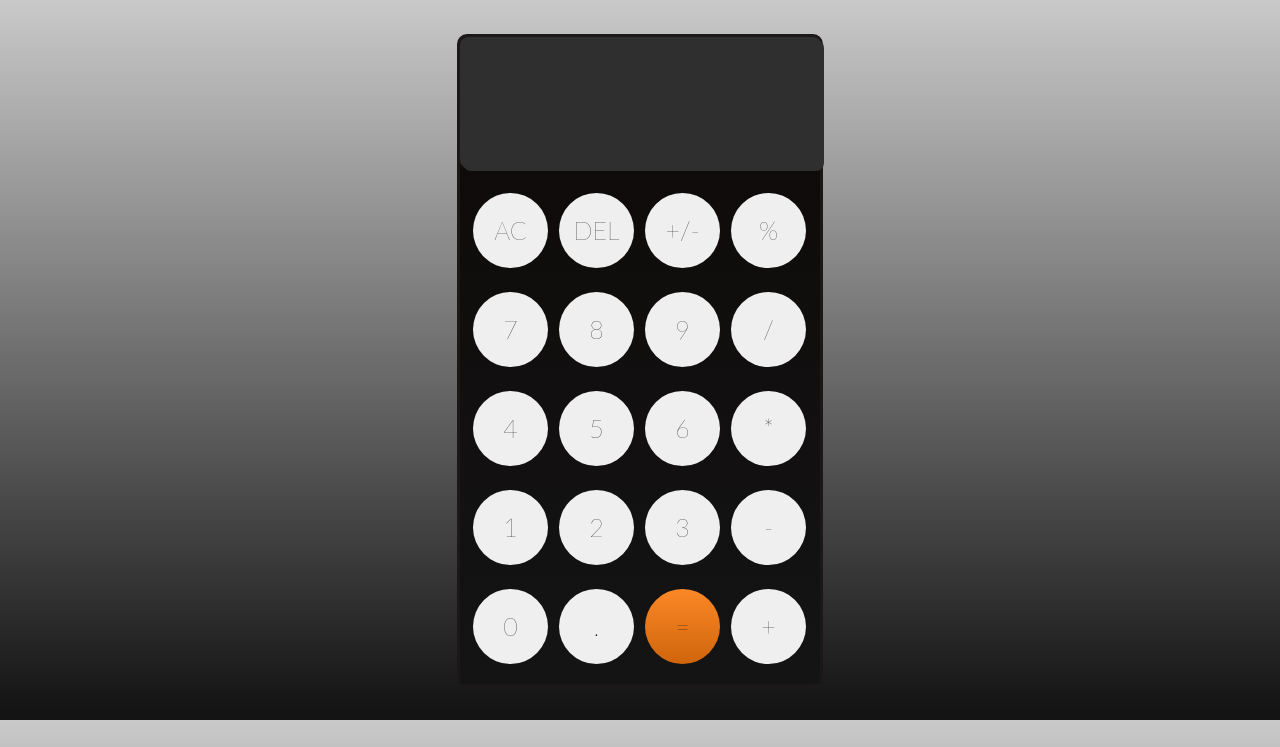
Repository: MhlengiNgubane/BrainnestJsTwo
Page: index.html
An editor plug-in stored every save of this project. The page is shown before and after a run of saves, followed by the edit.
The browser window is 1280 px wide. The pictures show the whole page.

Above is the page before, as saved 2022-09-12 09:30:52.

### index.html
<!DOCTYPE html>
<html lang="en">
<head>
    <meta charset="UTF-8">
    <meta http-equiv="X-UA-Compatible" content="IE=edge">
    <meta name="viewport" content="width=device-width, initial-scale=1.0">
    <title>CALCULATOR</title>

    <link rel="stylesheet" href="style.css">
</head>
    <body>
        <div class="wrapper">
            <div class="container">
                <div class="display">
                    <input type="text" class="input" value="" disabled />
                </div>
                <div class="buttons">
                    <button value="AC" class="brown clear">AC</button>
                    <button value="DEL" class="brown delete">DEL</button>
                    <button value="+/-" class="brown plusMinus">+/-</button>
                    <button value="%" class="brown percent">%</button>

                    <button value="7" class="number">7</button>
                    <button value="8" class="number">8</button>
                    <button value="9" class="number">9</button>
                    <button value="/" class="brown operator">/</button>

                    <button value="4" class="number">4</button>
                    <button value="5" class="number">5</button>
                    <button value="6" class="number">6</button>
                    <button value="*" class="brown operator">*</button>

                    <button value="1" class="number">1</button>
                    <button value="2" class="number">2</button>
                    <button value="3" class="number">3</button>
                    <button value="-" class="brown operator">-</button>

                    <button value="0" class="zero number">0</button>
                    <button value="." class="decimal">.</button>
                    <button value="=" class="equal operator">=</button>
                    <button value="+" class="brown operator">+</button>
                </div>
            </div>
        </div>
        <script src="App.js"></script>
    </body>
</html>

### style.css
* {
    border: 0;
    margin: 0;
    padding: 0;
    font-family: 'lato';
    font-weight: 100;
}

body{
    font-family: 'Roboto';
    font-weight: 400;
    background: linear-gradient(360deg, #141414 1.56%, rgba(0, 0, 0, 0.21) 100%);
    width: 100%;
    height: 100vh;
    display: flex;
    flex-direction: column;
    align-items: center;
    justify-content: center;
}



.container{
    align-items: center;
    margin: auto;
    margin-top: 60px;
    width: 360px;
    border: 20px;
    border: 3px solid #1d1818;
    background-color: #130e0e;
    border-radius: 10px;
    margin-bottom: 60px;
}

.display {
    position: relative;
    width: 355px;
    height: 125px;
    border: 3px solid #2f2f2f;
    text-align: right;
    border-radius: 8px;
    background-color: #2f2f2f;
    color: #fff;
}

.input {
    position: relative;
    width: 355px;
    height: 125px;
    border: 3px solid #2f2f2f;
    text-align: right;
    border-radius: 8px;
    background-color: #2f2f2f;
    color: #fff;
}

.buttons{
    display: grid;
    grid-template-columns: repeat(4, 1fr);
    row-gap: 10px;
    column-gap: 10px;
    background: linear-gradient(360deg, #141414 1.56%, rgba(0, 0, 0, 0.21) 100%);
    padding: 18px 13px 13px 13px;
}

button{
    border: 1;
    outline: none;
    height: 75px;
    width: 75px;
    border-radius: 70px;
    text-align: center;
    margin-top: 7px;
    margin-bottom: 7px;
    font-size: 25px;
}

.grey{
    background: linear-gradient(180deg, #7F878C 0%, #4C5154 100%);
}


.equal{
    background: linear-gradient(180deg, #FC8827 0%, #CF650C 100%);
}

@media(max-width: 430px){
    .wrapper{
        width: 100%;
        height: 100%;
        border-radius: 0;
    }

    .buttons{
        row-gap: 5px;
        column-gap: 5px;
        background: linear-gradient(360deg, #141414 1.56%, rgba(0, 0, 0, 0.21) 100%);
        padding: 18px 13px 13px 13px;
    }


}

### App.js
/* Add two numbers */
function add(firstNumber, secondNumber){
  return firstNumber + secondNumber;
}
/* subtract two numbers */
function subtract(firstNumber, secondNumber){
  return firstNumber - secondNumber;
}
/* multiply two numbers */
function multiply(firstNumber, secondNumber){
  return firstNumber * secondNumber;
}
/* divide two numbers */
function divide(firstNumber, secondNumber){
  return firstNumber / secondNumber;
}
/* Make the operations */
function operate(operator, firstNumber, secondNumber){
  if(operator === '+'){
      return add(firstNumber, secondNumber);
  }
  else if(operator === '-'){
      return subtract(firstNumber, secondNumber);
  }
  else if(operator === '*'){
      return multiply(firstNumber, secondNumber);
  }
  else if(operator === '/'){
      return divide(firstNumber, secondNumber);
  }
  return secondNumber;
}

const display = document.querySelector('.display');

const calculator = {
  displayValue: '0',
  firstNumber: null,
  operator: null,
  secondNumber: false,
};

function clear() {
  calculator.displayValue = '0';
  calculator.firstNumber = null;
  calculator.operator = null;
  calculator.secondNumber = false;
}

function updateDisplay() {
  display.value = calculator.displayValue;
}

const buttons = document.querySelector('.buttons');
buttons.addEventListener('click', (e) => {
const target = e.target;

  if (!target.matches('button')) {
      return;
  }

  if (target.classList.contains('clear')) {
      clear();
      updateDisplay();
      return;
  }

  if (target.classList.contains('delete')) {
      undo();
      return;
  }

  if (target.classList.contains('plusMinus')) {
      plusMinus();
      return;
  }

  if (target.classList.contains('percent')) {
      percentage();
      return;
  }

  if (target.classList.contains('decimal')) {
      decimal(target.value);
      updateDisplay();
      return;
  }

  if (target.classList.contains('operator')) {
      calculate(target.value);
      updateDisplay();
      return;
  }

      displayNumber(target.value);
      updateDisplay();
});

function undo(){
  display.value = display.value.slice(0, -1);
  calculator.displayValue = display.value;
}

function plusMinus(){
  let displayPlusMinus = calculator.displayValue;
  if(displayPlusMinus >= 0){
      display.value = '-' + displayPlusMinus;
  }
  calculator.displayValue = display.value;
}

function percentage(){
  let displayPercent = calculator.displayValue;
  if(displayPercent != 0){
      display.value = displayPercent / 100;
  }
 calculator.displayValue = display.value;
}

function decimal(dot) {
  if (calculator.secondNumber === true) {
      calculator.displayValue = '0.'
      calculator.secondNumber = false;
      return
  }
  if (!calculator.displayValue.includes(dot)) {
      calculator.displayValue += dot;
  }
}

function displayNumber(number) {
  let displayValue = calculator.displayValue;
  const secondNumber = calculator.secondNumber;

  if (secondNumber === true) {
      calculator.displayValue = number;
      calculator.secondNumber = false;
  }
  else if(displayValue === '0'){
      calculator.displayValue = number;
  }
  else{
      calculator.displayValue = displayValue + number;
  }
}

function calculate(inputOperator) {
  const firstNumber = calculator.firstNumber;
  const displayValue = calculator.displayValue;
  const operator  = calculator.operator;

  const inputValue = parseFloat(displayValue);

  if (operator && calculator.secondNumber)  {
      calculator.operator = inputOperator;
      return;
    }

  if (firstNumber == null) {
      calculator.firstNumber = inputValue;

  } else if (operator) {
      const result = operate(operator, firstNumber, inputValue);
      calculator.displayValue = `${parseFloat(result.toFixed(6))}`;
      calculator.firstNumber = result;
  }
  calculator.secondNumber = true;
  calculator.operator = inputOperator;
  console.log(calculator);
}

After the next 3 saves:
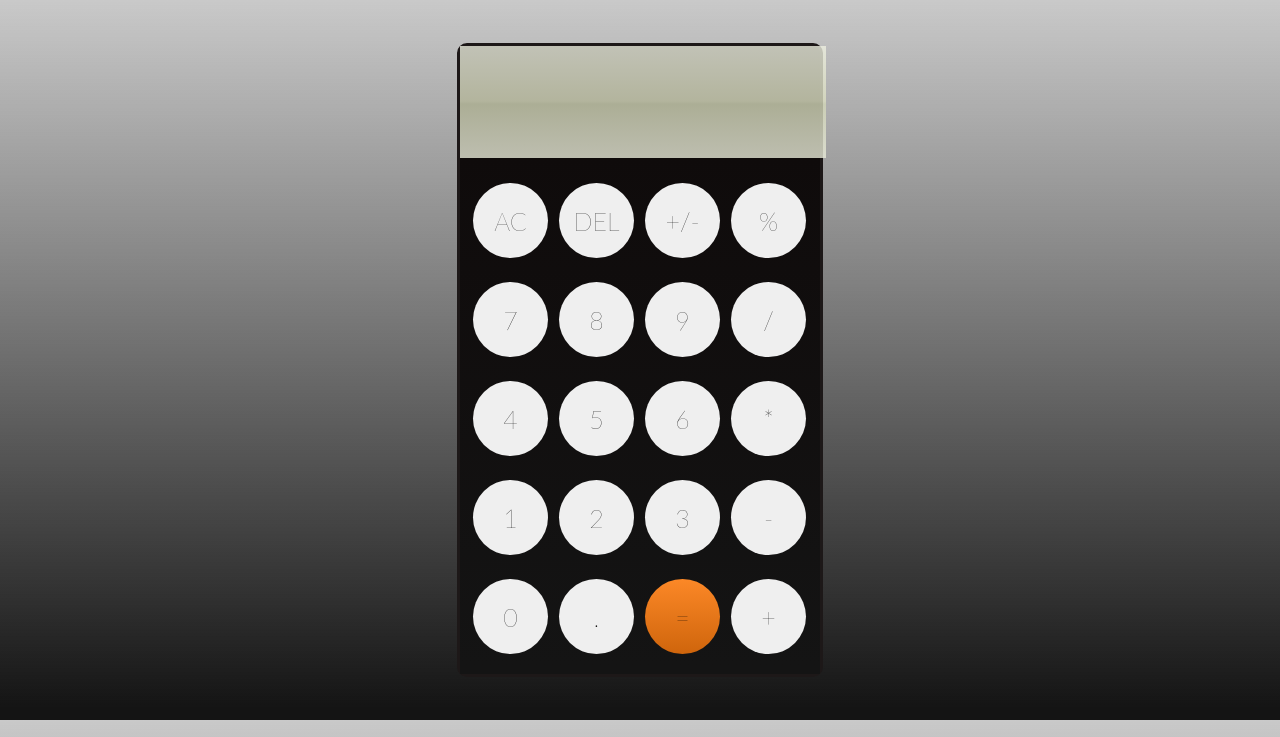
The 3 saves are shown as one change because they came seconds apart.
The last was saved 18 s later.
--- a/style.css
+++ b/style.css
@@ -32,26 +32,21 @@
     margin-bottom: 60px;
 }
 
-.display {
-    position: relative;
-    width: 355px;
-    height: 125px;
-    border: 3px solid #2f2f2f;
-    text-align: right;
-    border-radius: 8px;
-    background-color: #2f2f2f;
-    color: #fff;
-}
-
-.input {
-    position: relative;
-    width: 355px;
-    height: 125px;
-    border: 3px solid #2f2f2f;
-    text-align: right;
-    border-radius: 8px;
-    background-color: #2f2f2f;
-    color: #fff;
+.input{
+    background: linear-gradient(360deg, #E8EAD8 0%, #D2D6B7 48.12%, #DBDEC1 50.76%, #EDEFE0 100%);
+    width: 94%;
+    min-height: 65px;
+    padding: 0 14px;
+    text-align:  end;
+    font-size: 48px;
+    line-height: 112px;
+    display: flex;
+    align-items: center;
+    justify-content: end;
+    color: #000000;
+    opacity: 0.8;
+    outline: none;
+    border: none;
 }
 
 .buttons{

After the 3 saves that followed:
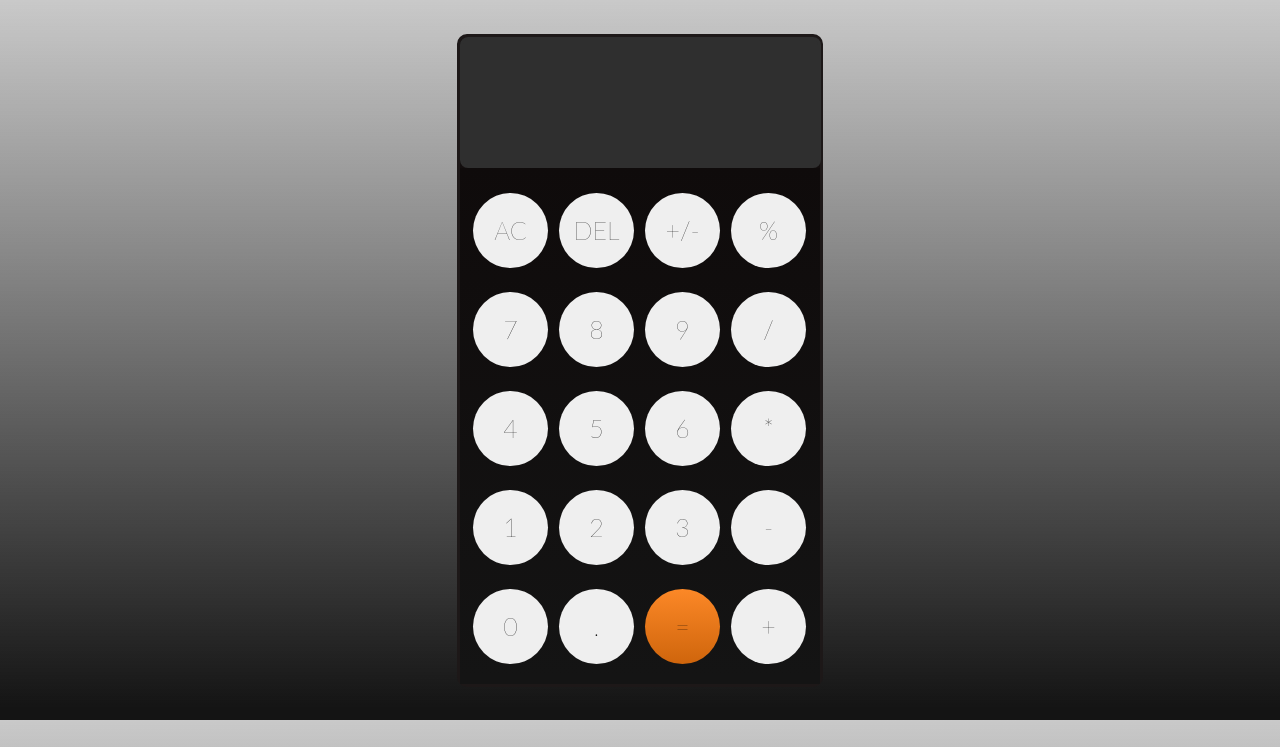
The 3 saves are shown as one change because 2 left the picture as it was.
The last was saved 115 s later.
--- a/index.html
+++ b/index.html
@@ -11,9 +11,7 @@
     <body>
         <div class="wrapper">
             <div class="container">
-                <div class="display">
-                    <input type="text" class="input" value="" disabled />
-                </div>
+                <input type="text" class="input" value="" disabled />
                 <div class="buttons">
                     <button value="AC" class="brown clear">AC</button>
                     <button value="DEL" class="brown delete">DEL</button>
--- a/style.css
+++ b/style.css
@@ -33,20 +33,14 @@
 }
 
 .input{
-    background: linear-gradient(360deg, #E8EAD8 0%, #D2D6B7 48.12%, #DBDEC1 50.76%, #EDEFE0 100%);
-    width: 94%;
-    min-height: 65px;
-    padding: 0 14px;
-    text-align:  end;
-    font-size: 48px;
-    line-height: 112px;
-    display: flex;
-    align-items: center;
-    justify-content: end;
-    color: #000000;
-    opacity: 0.8;
-    outline: none;
-    border: none;
+    position: relative;
+    width: 355px;
+    height: 125px;
+    border: 3px solid #2f2f2f;
+    text-align: right;
+    border-radius: 8px;
+    background-color: #2f2f2f;
+    color: #fff;
 }
 
 .buttons{
